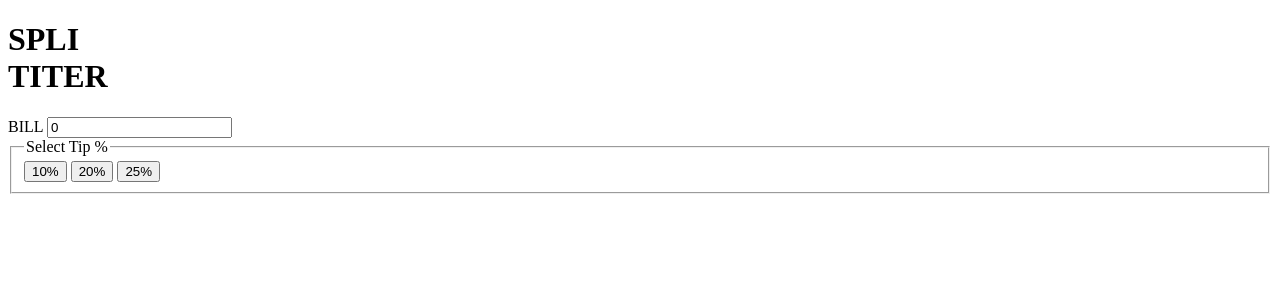
Repository: kellyjohanasalb/calduladora
Page: index.html
These files come from the project's save history. The page is drawn as it stood at one moment and after the next save; the edit follows.
The browser window is 1280 px wide. The pictures show the whole page.

Above is the page before, as saved 2023-08-15 21:13:06.

### index.html
<!DOCTYPE html>
<html lang="en">
<head>
    <meta charset="UTF-8">
    <meta name="viewport" content="width=, initial-scale=1.0">
    <title>Calculadora</title>
</head>
<body>
    <header class="header">
        <h1 class="header__title">SPLI <br> TITER</h1>
    </header>
    <section class="calculator-container">
        <div class="inputs-section">
            <label for="bill" class="inputs-section__bill-label">BILL</label>
            <input id="bill"  class="inputs-section__bill-input" type="nukber"  value="0">

            <fieldset clas="btns">
                <legend class="btns__legend">Select Tip %</legend>
                <button class="btns__button >5%</button>
                <button class="btns__button">10%</button>
                <button class="btns__button btns__button--selected>15%</button>
                <button class="btns__button">20%</button>
                <button class="btns__button">25%</button>
            </fieldset>
        </div>
        <div class="result-section">

        </div>
    </section>
</body>
</html>

After the next save:
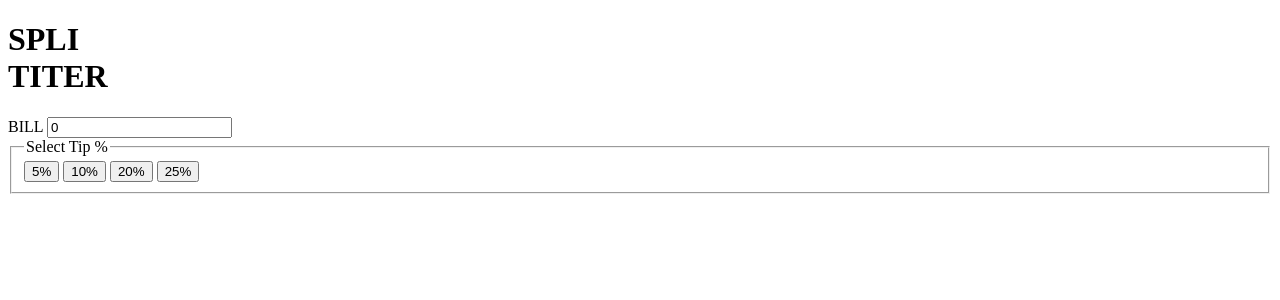
Saved 8 s later.
--- a/index.html
+++ b/index.html
@@ -16,7 +16,7 @@
 
             <fieldset clas="btns">
                 <legend class="btns__legend">Select Tip %</legend>
-                <button class="btns__button >5%</button>
+                <button class="btns__button" >5%</button>
                 <button class="btns__button">10%</button>
                 <button class="btns__button btns__button--selected>15%</button>
                 <button class="btns__button">20%</button>
